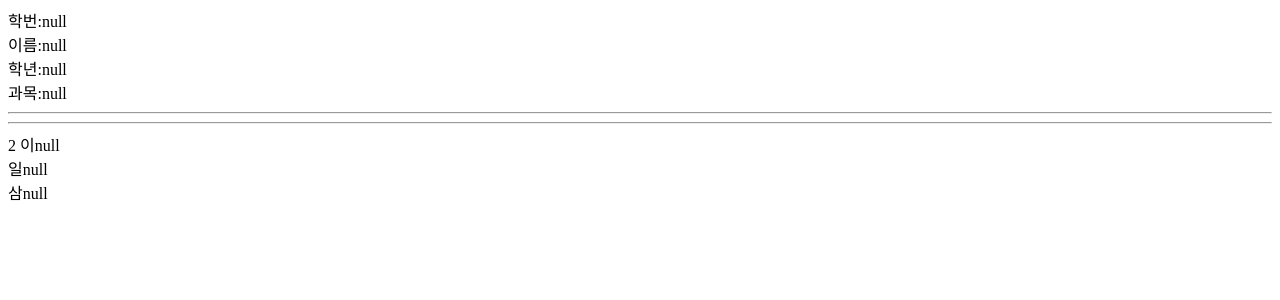
Repository: binkalos/JSP-STUDY
Page: http://localhost/chapter7/requestTestProc.jsp
An editor plug-in stored every save of this project. The page is shown before and after the next save, followed by the edit.
The browser window is 1280 px wide. The pictures show the whole page.
The page is served by Tomcat 9.

Above is the page before, as saved 2019-06-14 02:28:30.

After the next save:
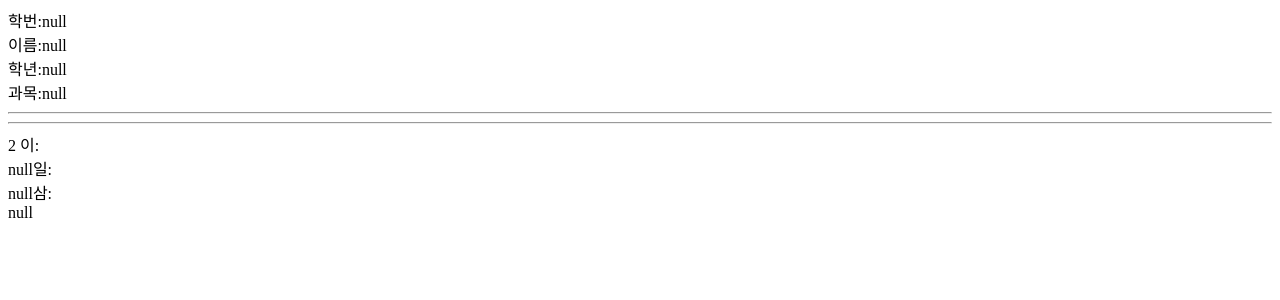
Saved 20 s later.
--- a/chapter7/WebContent/requestTestProc.jsp
+++ b/chapter7/WebContent/requestTestProc.jsp
@@ -46,7 +46,7 @@
 	while(en1.hasMoreElements()){
 		String key = (String)en1.nextElement();//키값 옮겨주는거
 		String value = request.getParameter(key);
-		out.print(key+ value + "<br>");
+		out.print(key+ ":" +"<br>" + value);
 	}
 %>
 </body>
